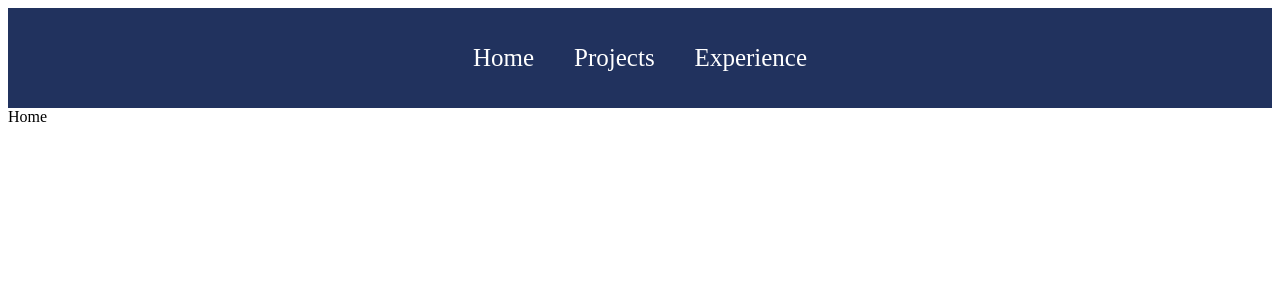
Repository: mireu-san/jw-personal-page
Page: /
The author's editor kept a copy of each file at every save. The page is drawn from the files as they stood at one save, then again after the next save.
The browser window is 1280 px wide. The pictures show the whole page.
The project was rebuilt for these pictures with package versions that can differ from the ones it lists, and the page was loaded fresh each time. Also part of the build but not shown: src/pages/Experience.js, src/pages/Projects.js.

Above is the page before, as saved 2022-11-09 17:00:33.

### src/App.js
import "./App.css";
import { BrowserRouter as Router, Routes, Route } from "react-router-dom";
import Home from "./pages/Home";
import Experience from "./pages/Experience";
import Projects from "./pages/Projects";
import Navbar from "./components/Navbar";

function App() {
  return (
    <div className="App">
      <Router>
        {/* #1 차이점? */}
        <Navbar />
        <Routes>
          <Route path="/" element={<Home />} />
          <Route path="/projects" element={<Projects />} />
          <Route path="/experience" element={<Experience />} />
        </Routes>
      </Router>
    </div>
  );
}

export default App;

### src/components/Navbar.js
import React, { useState } from "react";
import { Link } from "react-router-dom";
import "../styles/Navbar.css";
import ReorderIcon from "@material-ui/icons/Reorder";

function Navbar() {
  const [expandNavbar, setExpandNavbar] = useState(false);

  return (
    <div className="navbar" id={expandNavbar ? "open" : "close"}>
      <div className="toggleButton">
        {/* toggle button for mobile */}
        <button
          onClick={() => {
            setExpandNavbar((prev) => !prev);
          }}
        >
          <ReorderIcon />
        </button>
      </div>
      <div className="links">
        <Link to="/"> Home </Link>
        <Link to="/projects"> Projects </Link>
        <Link to="/experience"> Experience </Link>
      </div>
    </div>
  );
}

export default Navbar;

### src/styles/Navbar.css
.navbar {
    width: 100%;
    height: 100px;
    background: #21325e;
  }

  .links {
    width: 100%;
    height: 100%;
    display: flex;
    align-items: center;
    justify-content: center;
    color: white;
  }

  .navbar a {
    color: white;
    text-decoration: none;
    margin: 20px;
    font-size: 25px;
  }

  .toggleButton {
    width: 100%;
    height: 100px;
    display: flex;
    align-items: center;
    justify-content: flex-end;
  }

  .toggleButton svg {
    font-size: 50px;
  }

  /* toggle button for mobile */
  .toggleButton button {
    margin-right: 20px;
    background-color: transparent;
    border: none;
    color: white;
    cursor: pointer;
  }

  #open {
    height: 100vh;
  }

  #open .links {
    flex-direction: column;
    justify-content: flex-start;
    margin-top: 100px;
  }

  #open a {
    width: 100%;
    text-align: center;
  }

  @media only screen and (max-width: 900px) {
    .navbar a {
      width: 70px;
    }
  }

  @media only screen and (max-width: 600px) {
    .toggleButton {
      display: flex;
    }
    #close a {
      display: none;
    }
  }

  @media only screen and (min-width: 600px) {
    .toggleButton {
      display: none;
    }

    .hiddenLinks {
      display: none;
    }

    #open {
      height: 100px;
    }

    #open .links {
      flex-direction: row;
    }
  }

### src/App.css
/* recommended default setting */
/* .App {
  text-align: center;
}

body {
  padding: 0;
  margin: 0;
} */


/* end of recommended default setting */

Loaded but not shown: public/index.html (common file); src/index.js (common file); src/reportWebVitals.js (common file); src/pages/Home.js (common file)

After the next save:
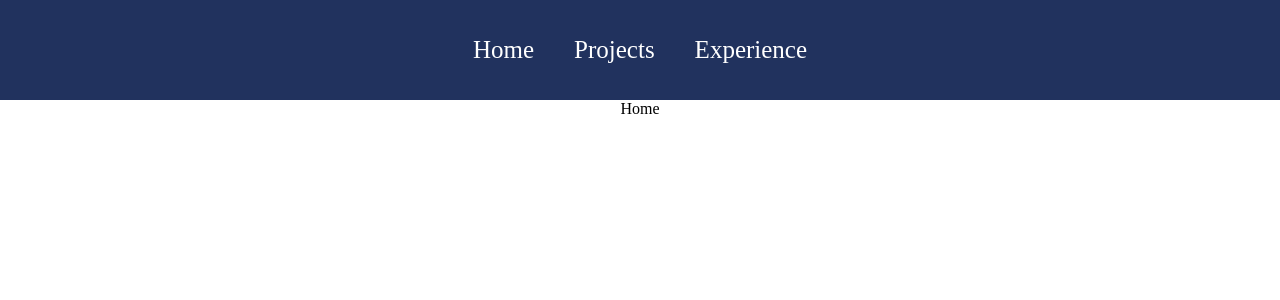
Saved 16 s later.
--- a/src/App.css
+++ b/src/App.css
@@ -1,12 +1,12 @@
 /* recommended default setting */
-/* .App {
+.App {
   text-align: center;
 }
 
 body {
   padding: 0;
   margin: 0;
-} */
+}
 
 
 /* end of recommended default setting */
